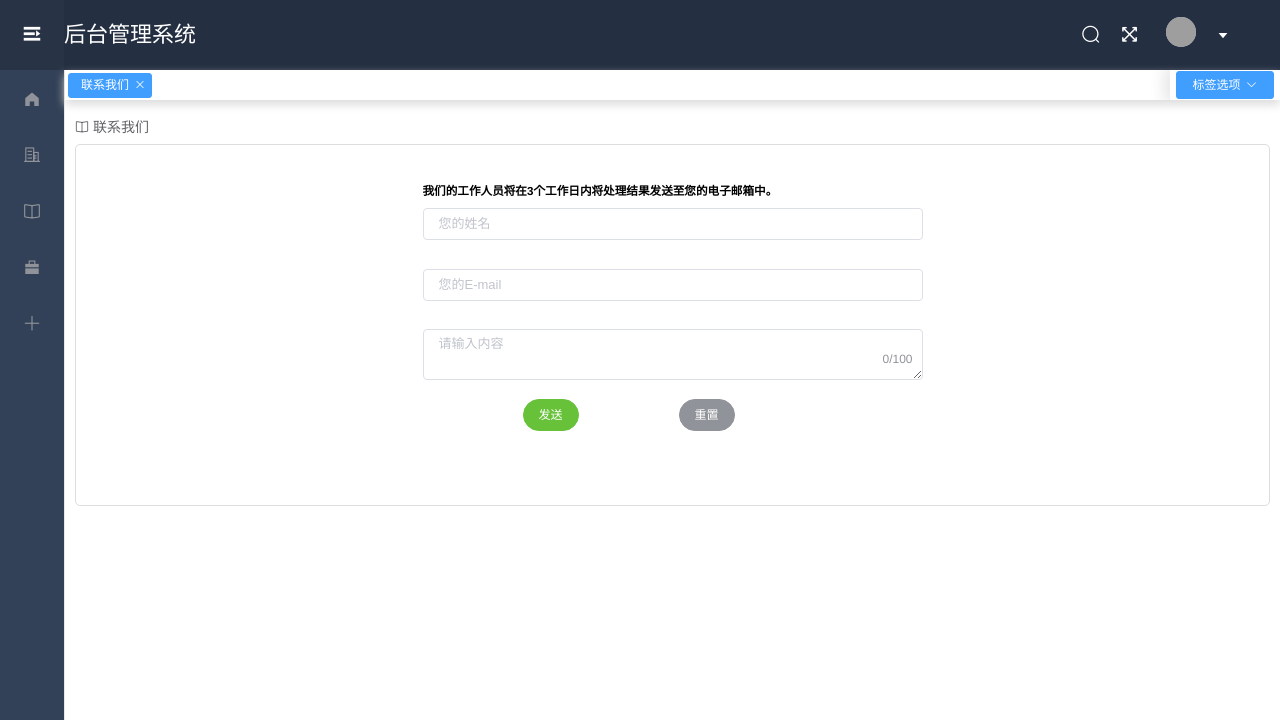
Repository: hitabullet/Student-Dormitory-Manager-System
Page: /#/email (app in dormitory-back-end/)
These files come from the project's save history. The page is drawn as it stood at one moment and after the next save; the edit follows.
The browser window is 1280 px wide. The pictures show the whole page.
Pictures or frames that could not be fetched are drawn as grey boxes. The project was rebuilt for these pictures with package versions that can differ from the ones it lists, and the page was loaded fresh each time. Also part of the build but not shown: dormitory-back-end/vue.config.js, dormitory-back-end/src/assets/css/icon.css.

Above is the page before, as saved 2020-10-23 10:15:19.

After the next save:
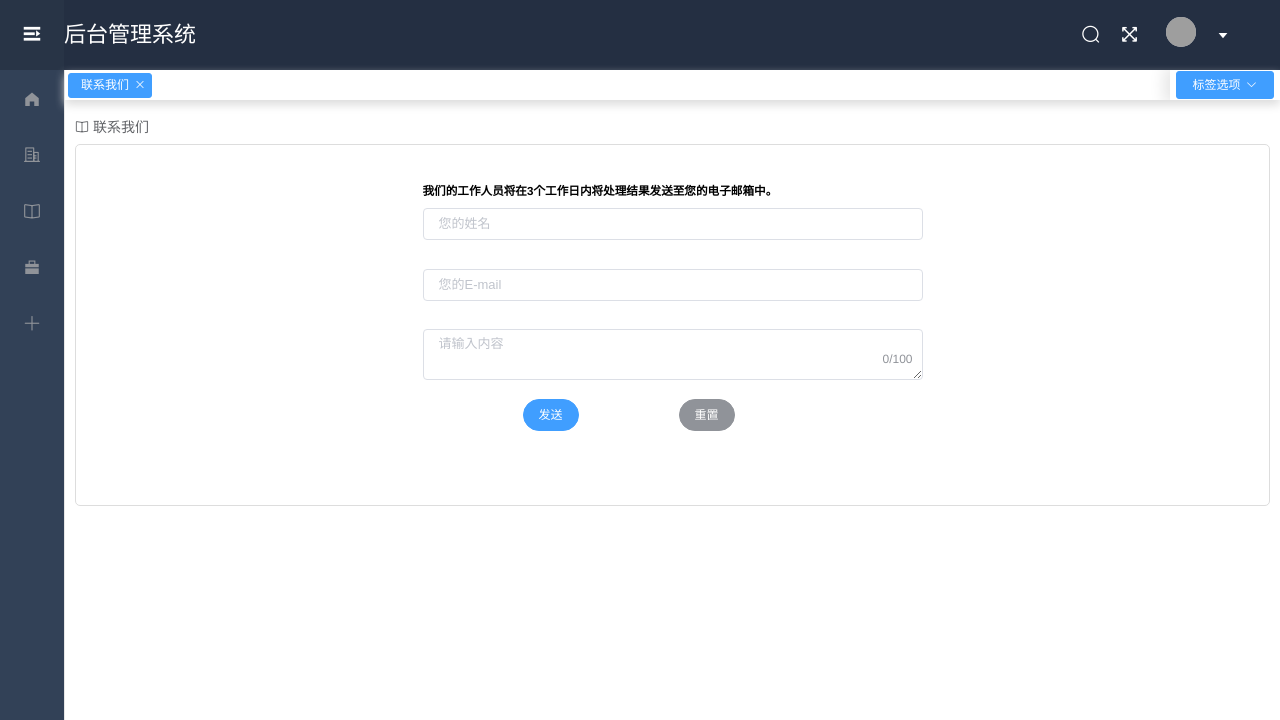
Saved 114 s later.
--- a/dormitory-back-end/src/views/Email.vue
+++ b/dormitory-back-end/src/views/Email.vue
@@ -1,7 +1,7 @@
 <!--
  * @Author: your name
  * @Date: 2020-10-22 11:45:29
- * @LastEditTime: 2020-10-23 10:15:19
+ * @LastEditTime: 2020-10-23 10:17:13
  * @LastEditors: Please set LastEditors
  * @Description: In User Settings Edit
  * @FilePath: \airplane\src\views\Email.vue
@@ -28,7 +28,7 @@
                     <el-input type="textarea" placeholder="请输入内容" v-model="Mail.text" maxlength="100" show-word-limit />
                 </el-form-item>
                 <el-form-item>
-                    <el-button type="success" @click="submit" round>发送</el-button>
+                    <el-button type="primary" @click="submit" round>发送</el-button>
 
                     <el-button type="info" @click="resetForm('SendEmail')" round>重置</el-button>
                 </el-form-item>
